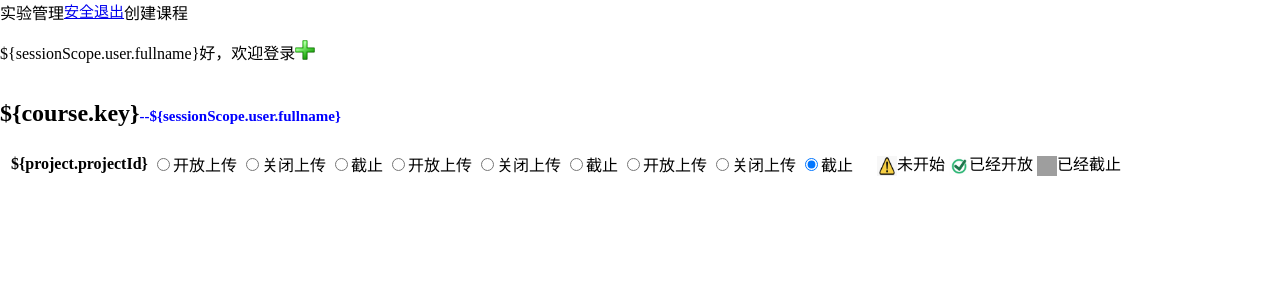
Repository: IAmJiangWenHao/ReportServer
Page: web/demo.html
An editor plug-in stored every save of this project. The page is shown before and after the next save, followed by the edit.
The browser window is 1280 px wide. The pictures show the whole page.
Pictures or frames that could not be fetched are drawn as grey boxes.

Above is the page before, as saved 2023-05-19 17:55:42.
Console error: ReferenceError: requests is not defined

### web/demo.html
<!-- <%@page import="com.report.javabeans.ExpClass"%>
<%@page import="com.report.javabeans.Project"%>
<%@page import="com.report.javabeans.User"%>
<%@page import="java.util.ArrayList"%>
<%@page import="java.io.File"%>
<%@page import="java.util.List"%>
<%@page import="java.net.URLEncoder"%>
<%@page import="java.util.Map"%>
<%@page isELIgnored="false"%>
<%@page contentType= "text/html; charset=UTF-8" pageEncoding="UTF-8"%>

<%@ taglib uri="http://java.sun.com/jsp/jstl/core" prefix="c" %>
<%@ taglib uri="/tlds/reporttag_library" prefix="mytag" %> -->
<!--script type="text/javascript" src="${pageContext.request.contextPath}/script/scriptV1.js?v=1.0"></script-->
<!DOCTYPE html>
<html>
  <!-- <%
    response.setHeader("Pragma", "no-cache");
    response.addHeader("Cache-Control", "must-revalidate");
    response.addHeader("Cache-Control", "no-cache");
    response.addHeader("Cache-Control", "no-store");
    response.setDateHeader("Expires", 0);
  %> -->
  <head>
    <meta http-equiv="Content-Type" content="text/html; charset=UTF-8">
    <title>实验上传系统 </title>

  </head>

  <body style="margin: 0;">
    <!-- ${mytag:LoadCourseProject(pageContext.request,pageContext.response)} -->
    <script>

      window.onload = function () {//Ajax实现更新项目状态
        var ratios = document.getElementsByTagName("input");//获取所有input（本页面的input只有单选按钮）
        var map = new Map();//记录单选按钮旧值
        for (var i = 0; i < ratios.length; i++) {
          map.set((i + 1).toString(), ratios[i].checked);
          //oninput事件在input的值发生改变时触发，这里监听单选按钮值得改变
          ratios[i].oninput = function () {
            var r = false;
            if (this.value === "deadline") {//是否选择截止
              //是否确认修改
              r = confirm("截止后不可再设置，确定截止？");
            }
            //取消截止
            if (this.value === "deadline" && r === false) {
              var list = document.getElementsByName(this.name);
              for (var j = 0; j < list.length; j++)
                list[j].checked = map.get(list[j].id);
              return;
            }
            ratioName = this.name;
            //确定截止，不允许再更改状态
            if (this.value === "deadline") {
              var list = document.getElementsByName(this.name);
              for (var j = 0; j < list.length; j++)
              {
                list[j].disabled = "disable";
                map.set(list[j].id, list[j].checked);
              }
            } else {
              var list = document.getElementsByName(this.name);
              for (var j = 0; j < list.length; j++)
                map.set(list[j].id, false);
              map.set(this.id, this.checked);
            }
            var formData = new FormData();//FormData 对象
            var course = ratioName.substr(0, ratioName.indexOf("-"));
            var project = ratioName.substr(ratioName.indexOf("-") + 1, ratioName.length - 1);
            //添加KV
            formData.append("project", project);//项目
            formData.append("course", course); //课程名
            formData.append("status", this.value);//状态
            var cell = document.getElementById(this.name);
            //显示实验项目状态提示信息
            cell.innerHTML = "&nbsp;&nbsp;&nbsp;&nbsp;&nbsp;";
            if (this.value === "open")
              cell.innerHTML += "<img style=\"vertical-align: middle;height:20px;width:20px\" src=\"./img/check.jpg\"/>已经开放";
            if (this.value === "close")
              cell.innerHTML += "<img style=\"vertical-align: middle;height:20px;width:20px\" src=\"./img/undone.png\"/>未开始";
            if (this.value === "deadline")
              cell.innerHTML += "<img style=\"vertical-align: middle;height:20px;width:20px\" src=\"./img/deadline.jpg\"/>已截止";
            //1.创建请求对象
            const xhr = new XMLHttpRequest();
            //2.设置请求行，这里用post(get请求数据写在url后面)
            //updateProject.do实现后端更新
            xhr.open("post", getAppPath() + "/updateProject.do");
            //3.设置请求头(get请求可以省略,post不发送数据也可以省略)
            //xhr.setRequestHeader("Content-type","application/x-www-form-urlencoded");
            // 用formData可以不写请求头，写了无法正常上传文件
            //4.请求主体发送(get请求为空，或者写null，post请求数据写在这里，
            //如果没有数据，直接为空或者写null)
            xhr.send(formData);
            //注册回调函数
            xhr.onload = function ()
            {
              if (xhr.readyState === 4)
              {
                if (xhr.status >= 200 && xhr.status <= 300)
                { //判断响应码 2XX 表示成功
                  console.log(xhr.response.toString());
                } else
                  console.log("响应码：" + xhr.status); //状态码
              } else
                console.log(xhr.readyState);
              ;
            };
          };
        }
        ;
      };
    </script>
    <script>
      function getAppPath() {
        //获取当前URL
        var curURL = window.document.location.href;
        //获取主机地址之后的路径部分（就是文件地址）
        var pathName = window.document.location.pathname;
        var pos = curURL.indexOf(pathName);
        //获取应用地址
        var host = curURL.substring(0, pos);
        //获取带"/"的应用名，如：/***
        var webAppName = pathName.substring(0, pathName.substr(1).indexOf('/') + 1);
        return host + webAppName;
      }
    </script>
    <script>
        session = requests.session ()
      var isIE = /msie/i.test(navigator.userAgent) && !window.opera;
      function fileChange(target, type) {
        var fileSize = 0;
        var filepath = target.value;
        var filemaxsize = 1024 * 5;//5M
        var flag = -1;
        if (filepath) {
          var fileend = filepath.substring(filepath.lastIndexOf("."));
          // alert(fileend);
          if (type && type.length > 0) {
            //alert(fileend.indexOf(type));
            if (fileend !== ".xlsx") {
              alert("只接受xlsx类型的文件！");
              target.value = "";
              return false;
            }
          }
        } else {
          return false;
        }
        if (isIE && !target.files) {
          var filePath = target.value;
          var fileSystem = new ActiveXObject("Scripting.FileSystemObject");
          if (!fileSystem.FileExists(filePath)) {
            alert("附件不存在，请重新输入！");
            return false;
          }
          var file = fileSystem.GetFile(filePath);
          fileSize = file.Size;
        } else {
          fileSize = target.files[0].size;
        }

        var size = fileSize / 1024;
        if (size > filemaxsize) {
          alert("附件大小不能大于" + filemaxsize / 1024 + "M！");
          target.value = "";
          return false;
        }
        if (size <= 0) {
          alert("附件大小不能为0M！");
          target.value = "";
          return false;
        }
      }
      function Check()
      {
        for (var i = 0; i < document.form1.elements.length - 1; i++)
        {
          if (document.form1.elements[i].value === "")
          {
            alert("不可空！");
            document.form1.elements[i].focus();
            return false;
          }
        }
        return true;
      }
      function cls() {
        var createCell = document.getElementById("createCourse");
        createCell.innerHTML = "";
      }

      function createCourse() {
        var createCell = document.getElementById("createCourse");
        createCell.innerHTML = "<form action=\"../uploadCourseServlet\" enctype=\"multipart/form-data\" method=\"post\" name=\"form1\" onSubmit=\"return Check()\"><table></tr><tr> <td>建课模板：</td><td><a href=\"实验课模板.xlsx\">下载</a></td></tr><tr><td>课程名：</td><td><input style=\" font-size:16px\" type=\"text\" name=\"courseName\" size=\"20\"/>(例：程序设计实验)</td></tr><tr><td>班级：</td><td><input style=\" font-size:16px\" type=\"text\" name=\"className\" size=\"20\"/>(例:信安201)</td></tr><tr> <td>文件：</td><td><input style=\" font-size:16px\" type=\"file\" name=\"file\" size=\"40\" id=\"fup\" onchange=\'fileChange(this,\".xlsx\");\'/></td><tr><td style=\"height:50px;\" align=\"right\" ><input style=\" font-size:16px\" type=\"submit\" value=\"提交\" size='30'/> </td><td align=\"left\"><input style=\" font-size:16px\" type=\"button\" value=\"关闭\" size='30' onclick=\"cls()\"/> </td></tr></table></form>";
      };
              backremove = function(){
           console.log(hhhhh);
       };
    </script>
    <div >
      <div style="display:flex"><div color="black"> 实验管理</div>
        <div style="font-size:15px;"><a href="exit.jsp">安全退出</a></div>
        <div onclick="createCourse()">创建课程</div>
      </div>
<div style="display: flex;">
  <p>${sessionScope.user.fullname}好，欢迎登录</p>
  <p>
    <img style="vertical-align: middle;height:20px" alt="" width="20" src="./img/new.jpg"/>

  <div id="createCourse">

  </div>
</p>
</div>


    <c:forEach var="course" items="${sessionScope.courseData}" varStatus="statusCourse">
      <h2> ${course.key}<font style="font-size:15px;color:blue">--${sessionScope.user.fullname}</font></h2><p>
      <table>
        <c:forEach var="project" items="${course.value}" varStatus="statusProject">
          <tr style=" height: 30px;border: 1px">
            <td>&nbsp;&nbsp;<b>${project.projectId}</b></td>
            <td><!-- 3.一组单选按钮 radio（同name），只能选一个
                     request.getParameter("***")-->
              <c:if test="${project.state==0}">
                <input type="radio" id="${"course".concat(statusCourse.count).concat(statusProject.count).concat(1)}"  name="${course.key.concat("-").concat(project.projectId)}" value="open">开放上传
                <input type="radio" id="${"course".concat(statusCourse.count).concat(statusProject.count).concat(1)}"  name="${course.key.concat("-").concat(project.projectId)}" value="close" checked="true">关闭上传
                <input type="radio" id="${"course".concat(statusCourse.count).concat(statusProject.count).concat(1)}"  name="${course.key.concat("-").concat(project.projectId)}" value="deadline">截止
              </c:if>
              <c:if test="${project.state==1}">
                <input type="radio" id="${"course".concat(statusCourse.count).concat(statusProject.count).concat(1)}"  name="${course.key.concat("-").concat(project.projectId)}" value="open" checked="true">开放上传
                <input type="radio" id="${"course".concat(statusCourse.count).concat(statusProject.count).concat(1)}"  name="${course.key.concat("-").concat(project.projectId)}" value="close" >关闭上传
                <input type="radio" id="${"course".concat(statusCourse.count).concat(statusProject.count).concat(1)}"  name="${course.key.concat("-").concat(project.projectId)}" value="deadline">截止
              </c:if>
              <c:if test="${project.state==2}">
                <input type="radio" id="${"course".concat(statusCourse.count).concat(statusProject.count).concat(1)}"  name="${course.key.concat("-").concat(project.projectId)}" value="open">开放上传
                <input type="radio" id="${"course".concat(statusCourse.count).concat(statusProject.count).concat(1)}"  name="${course.key.concat("-").concat(project.projectId)}" value="close" >关闭上传
                <input type="radio" id="${"course".concat(statusCourse.count).concat(statusProject.count).concat(1)}"  name="${course.key.concat("-").concat(project.projectId)}" value="deadline" checked="true">截止
              </c:if>
            </td>
            <td id="${course.key.concat("-").concat(project.projectId)}">&nbsp;&nbsp;&nbsp;&nbsp;
              <c:if test="${project.state==0}" >
                <img style="vertical-align: middle;height:20px;width:20px" alt="" src="../img/undone.png"/>未开始
              </c:if>
              <c:if test="${project.state==1}" >
                <img style="vertical-align: middle;height:20px;width:20px" alt="" src="../img/check.jpg"/>已经开放
              </c:if>
              <c:if test="${project.state==2}" >
                <img style="vertical-align: middle;height:20px;width:20px" alt="" src="../img/deadline.png"/>已经截止
              </c:if>
            </td>
          </tr>
        </c:forEach>
      </table>
    </c:forEach>
  </div>
</body>
</html>

After the next save:
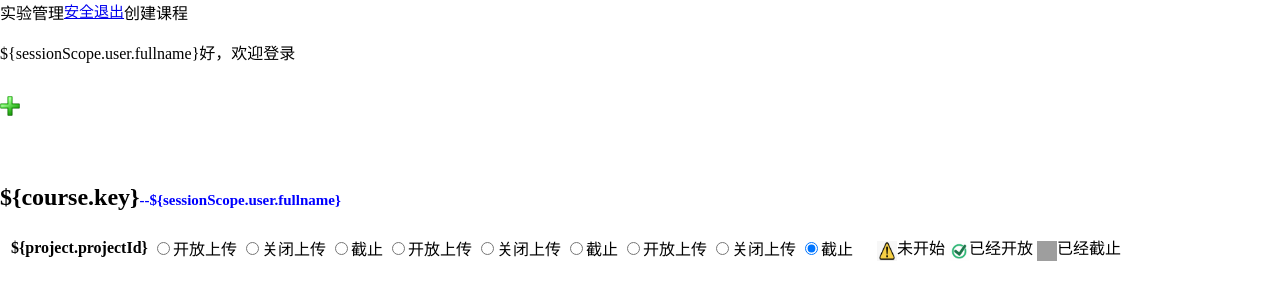
Saved 14 s later.
--- a/web/demo.html
+++ b/web/demo.html
@@ -203,7 +203,7 @@
         <div style="font-size:15px;"><a href="exit.jsp">安全退出</a></div>
         <div onclick="createCourse()">创建课程</div>
       </div>
-<div style="display: flex;">
+<div style="display: flex;flex-direction:column">
   <p>${sessionScope.user.fullname}好，欢迎登录</p>
   <p>
     <img style="vertical-align: middle;height:20px" alt="" width="20" src="./img/new.jpg"/>
